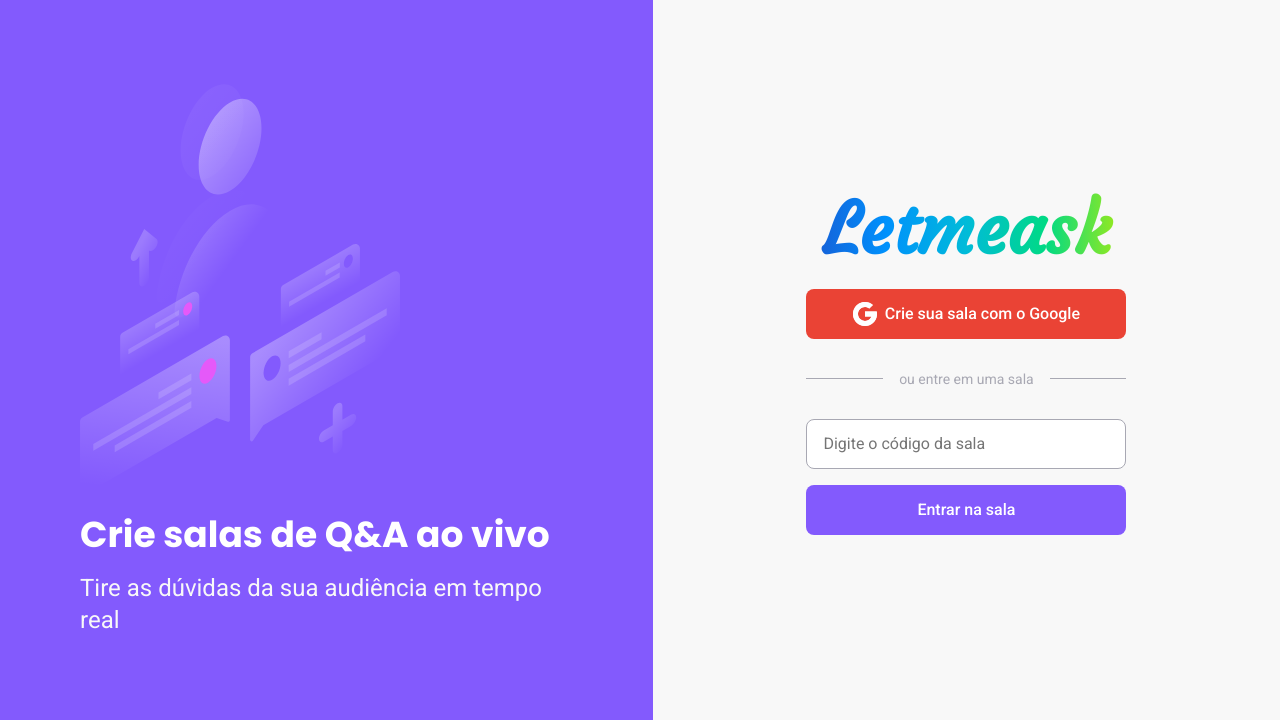
Repository: joaovnogueira/letmeask
Page: /
An editor plug-in stored every save of this project. The page is shown before and after a run of saves, followed by the edit.
The browser window is 1280 px wide. The pictures show the whole page.
The project was rebuilt for these pictures with package versions that can differ from the ones it lists, and the page was loaded fresh each time. A package was used in the major version that the imports need, not the one package.json lists. Also part of the build but not shown: src/pages/NewRoom.tsx, src/components/Question.tsx, src/styles/room-code.scss, src/components/RoomCode.tsx, src/hooks/useRoom.tsx, src/styles/rooms.scss, src/pages/AdminRoom.tsx. Imported but missing from the stored project, and not drawn on this page: src/pages/Room.

Above is the page before, as saved 2022-03-12 15:20:02.

After the next 2 saves:
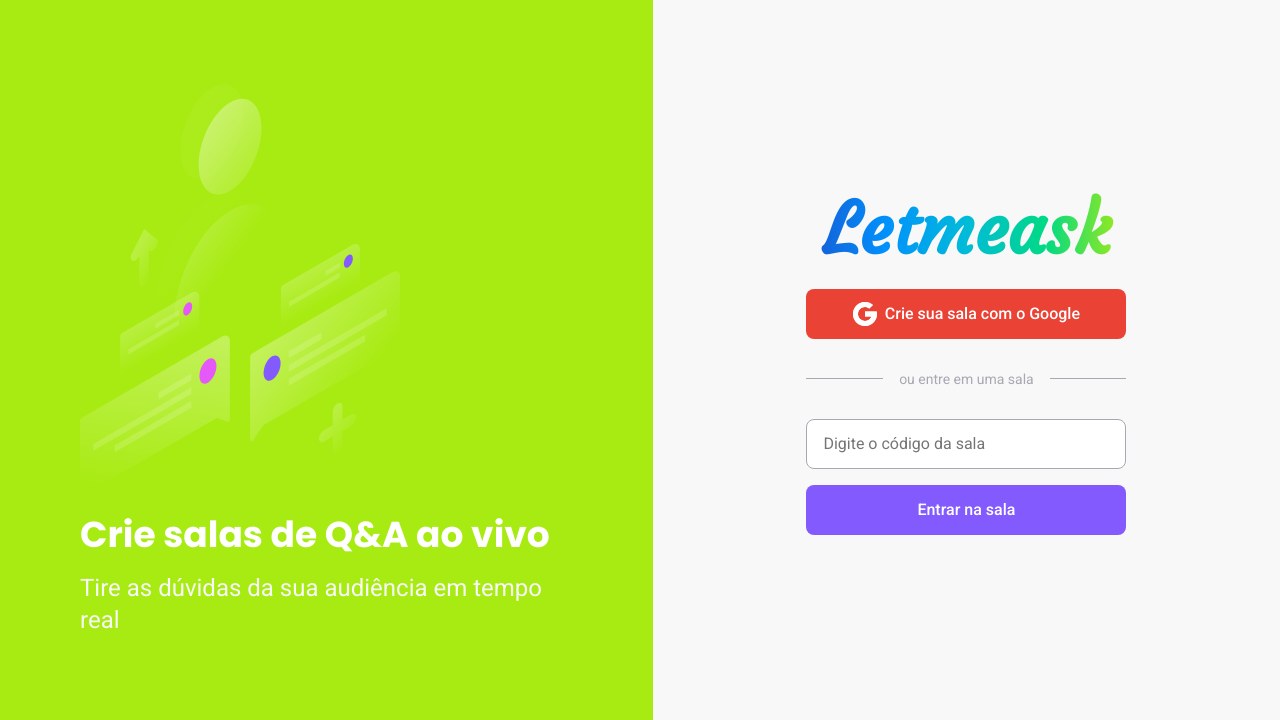
The 2 saves are shown as one change because they came seconds apart.
The last was saved 32 s later.
--- a/src/styles/auth.scss
+++ b/src/styles/auth.scss
@@ -9,7 +9,7 @@
 
     aside{
         flex: 7;
-        background: #835afd;
+        background: #a8eb12;
         color: #fff;
 
         display: flex;

After the save that followed:
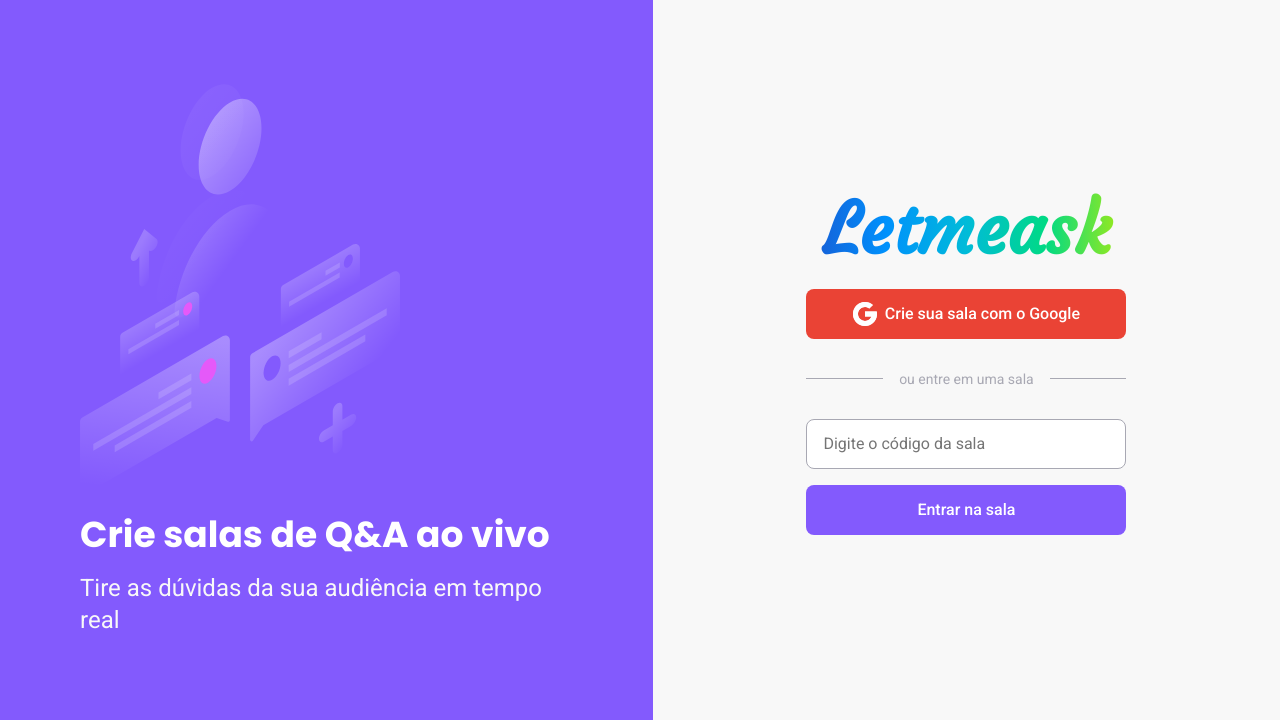
Saved 9 s later.
--- a/src/styles/auth.scss
+++ b/src/styles/auth.scss
@@ -9,7 +9,7 @@
 
     aside{
         flex: 7;
-        background: #a8eb12;
+        background: #835afd;
         color: #fff;
 
         display: flex;
